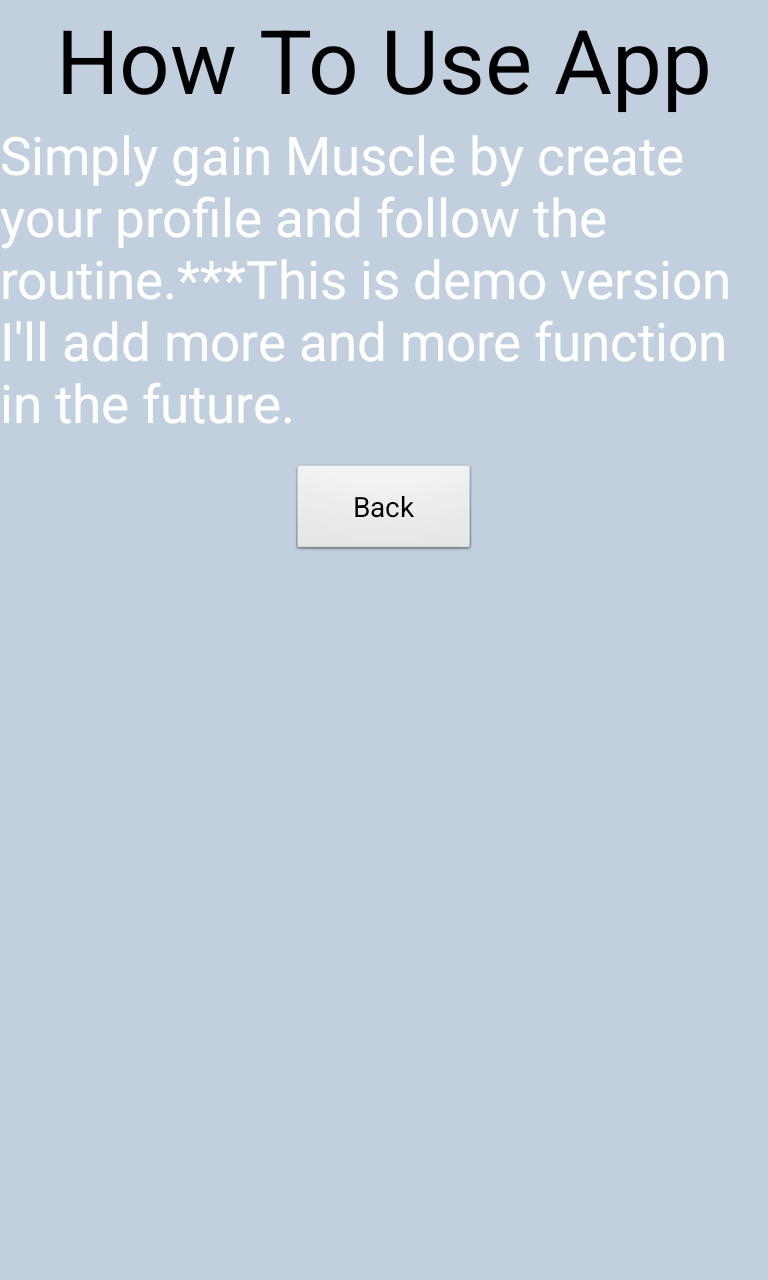
Repository: parinya1968/My-project
Layout: DroidWork/getBig/res/layout/howto.xml
The author's editor kept a copy of each file at every save. The layout is drawn from the files as they stood at one save, then again after the next save.
It is drawn on a 768 x 1280 px phone screen (xhdpi) without system bars, with theme android:Theme.NoTitleBar.Fullscreen; the app's code is not run.

Above is the layout before, as saved 2012-06-20 05:57:30.

After the next save:
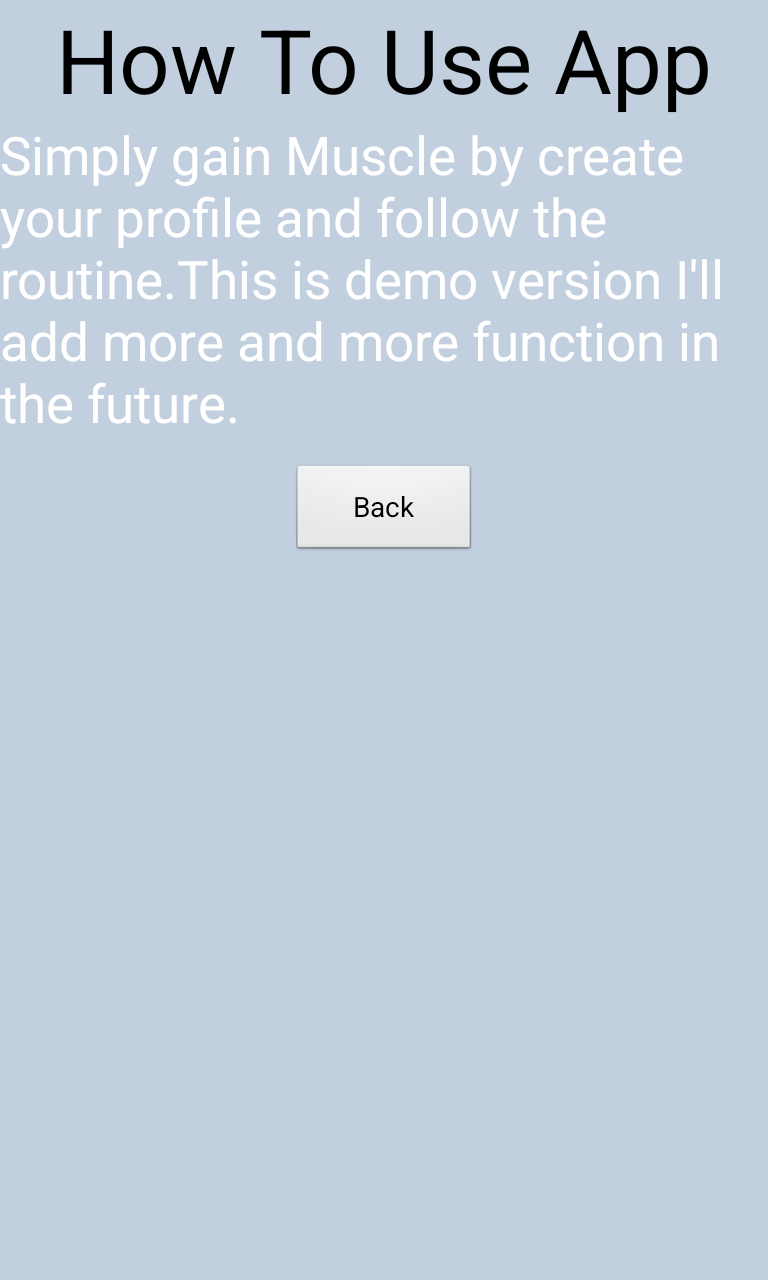
Saved 70 s later.
--- a/DroidWork/getBig/res/values/strings.xml
+++ b/DroidWork/getBig/res/values/strings.xml
@@ -3,6 +3,6 @@
 
     <string name="hello">Hello World, GetBigActivity!</string>
     <string name="app_name">GetBig</string>
-    <string name="howTo"><p>Simply gain Muscle by create your profile and follow the routine.***This is demo version I'll add more and more function in the future.</p></string>
+    <string name="howTo"><p>Simply gain Muscle by create your profile and follow the routine.This is demo version I'll add more and more function in the future.</p></string>
 
 </resources>
